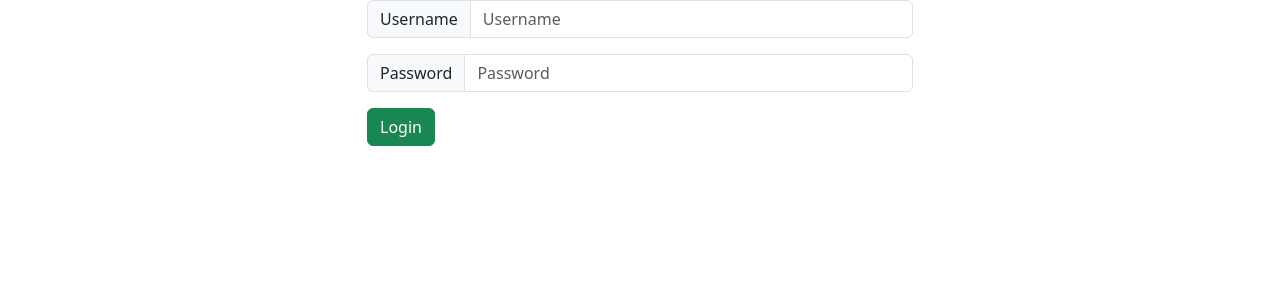
Repository: FrancescoGiordano23/WebappKebab
Page: http://localhost/EsercizioKebab/
The author's editor kept a copy of each file at every save. The page is drawn from the files as they stood at one save, then again after the next save.
The browser window is 1280 px wide. The pictures show the whole page.
The page is served by Tomcat 10. Other server files are loaded and not shown.

Above is the page before, as saved 2024-08-02 08:20:08.

### EsercizioKebab/src/main/webapp/login.jsp
<%@ page language="java" contentType="text/html; charset=UTF-8"
	pageEncoding="UTF-8"%>
<!DOCTYPE html>
<html>
<head>
<meta charset="UTF-8">
<title>Insert title here</title>
<link
	href="https://cdn.jsdelivr.net/npm/bootstrap@5.3.3/dist/css/bootstrap.min.css"
	rel="stylesheet"
	integrity="sha384-QWTKZyjpPEjISv5WaRU9OFeRpok6YctnYmDr5pNlyT2bRjXh0JMhjY6hW+ALEwIH"
	crossorigin="anonymous">
<script
	src="https://cdn.jsdelivr.net/npm/bootstrap@5.3.3/dist/js/bootstrap.bundle.min.js"
	integrity="sha384-YvpcrYf0tY3lHB60NNkmXc5s9fDVZLESaAA55NDzOxhy9GkcIdslK1eN7N6jIeHz"
	crossorigin="anonymous"></script>
</head>
<body>
	<div class="container">
		<div class="row">
			<!-- LEFT -->
			<div class="col-3"></div>

			<!-- CENTER -->

			<div class="col-6">
				<form action="LoginServlet" method="post">
					<div class="input-group mb-3">
						<span class="input-group-text" id="basic-addon-username">Username</span>
						<input type="text" class="form-control" placeholder="Username"
							aria-label="Username" aria-describedby="basic-addon-username"
							name="username">
					</div>

					<div class="input-group mb-3">
						<span class="input-group-text" id="basic-addon-password">Password</span>
						<input type="password" class="form-control" placeholder="Password"
							aria-label="Password" aria-describedby="basic-addon-password"
							name="password">
					</div>

					<button class="btn btn-success" type="submit">Login</button>

				</form>
			</div>


			<!-- RIGHT -->
			<div class="col-3"></div>
		</div>
	</div>
</body>
</html>

### EsercizioKebab/src/main/java/com/advancia/servlet/InitializeServlet.java
package com.advancia.servlet;

import java.io.IOException;
import jakarta.servlet.ServletException;
import jakarta.servlet.http.HttpServlet;
import jakarta.servlet.http.HttpServletRequest;
import jakarta.servlet.http.HttpServletResponse;

/**
 * Servlet implementation class InitializeServlet
 */
public class InitializeServlet extends HttpServlet {
	private static final long serialVersionUID = 1L;

    public InitializeServlet() {

    }


	protected void doGet(HttpServletRequest request, HttpServletResponse response) throws ServletException, IOException {

		request.getSession().setAttribute("User", null);
		request.getRequestDispatcher("login.jsp").forward(request, response);
	}


	protected void doPost(HttpServletRequest request, HttpServletResponse response) throws ServletException, IOException {
				doGet(request, response);
	}

}

After the next save:
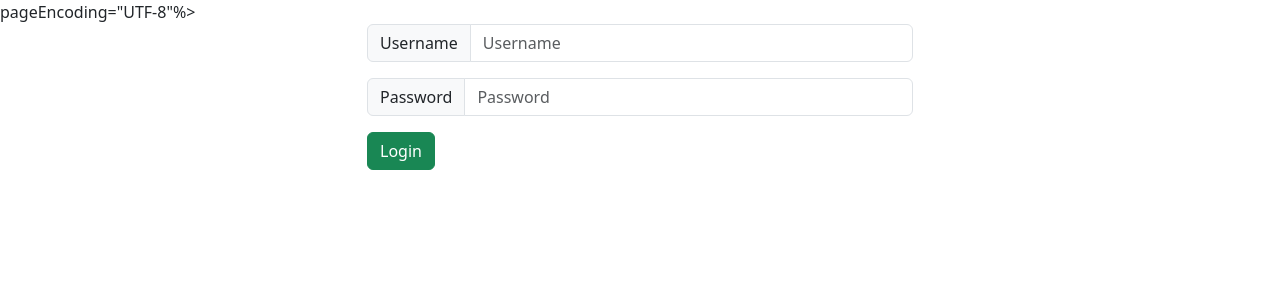
Saved 34 min 0 s later.
--- a/EsercizioKebab/src/main/webapp/login.jsp
+++ b/EsercizioKebab/src/main/webapp/login.jsp
@@ -1,5 +1,6 @@
+
 <%@ page language="java" contentType="text/html; charset=UTF-8"
-	pageEncoding="UTF-8"%>
+	pageEncoding="UTF-8"%>	pageEncoding="UTF-8"%>
 <!DOCTYPE html>
 <html>
 <head>

After the save that followed:
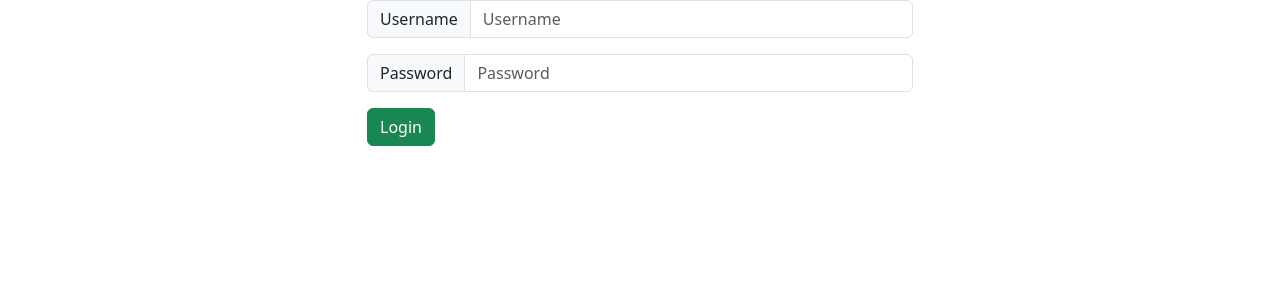
Saved 21 s later.
--- a/EsercizioKebab/src/main/webapp/login.jsp
+++ b/EsercizioKebab/src/main/webapp/login.jsp
@@ -1,6 +1,5 @@
-
 <%@ page language="java" contentType="text/html; charset=UTF-8"
-	pageEncoding="UTF-8"%>	pageEncoding="UTF-8"%>
+	pageEncoding="UTF-8"%>
 <!DOCTYPE html>
 <html>
 <head>
